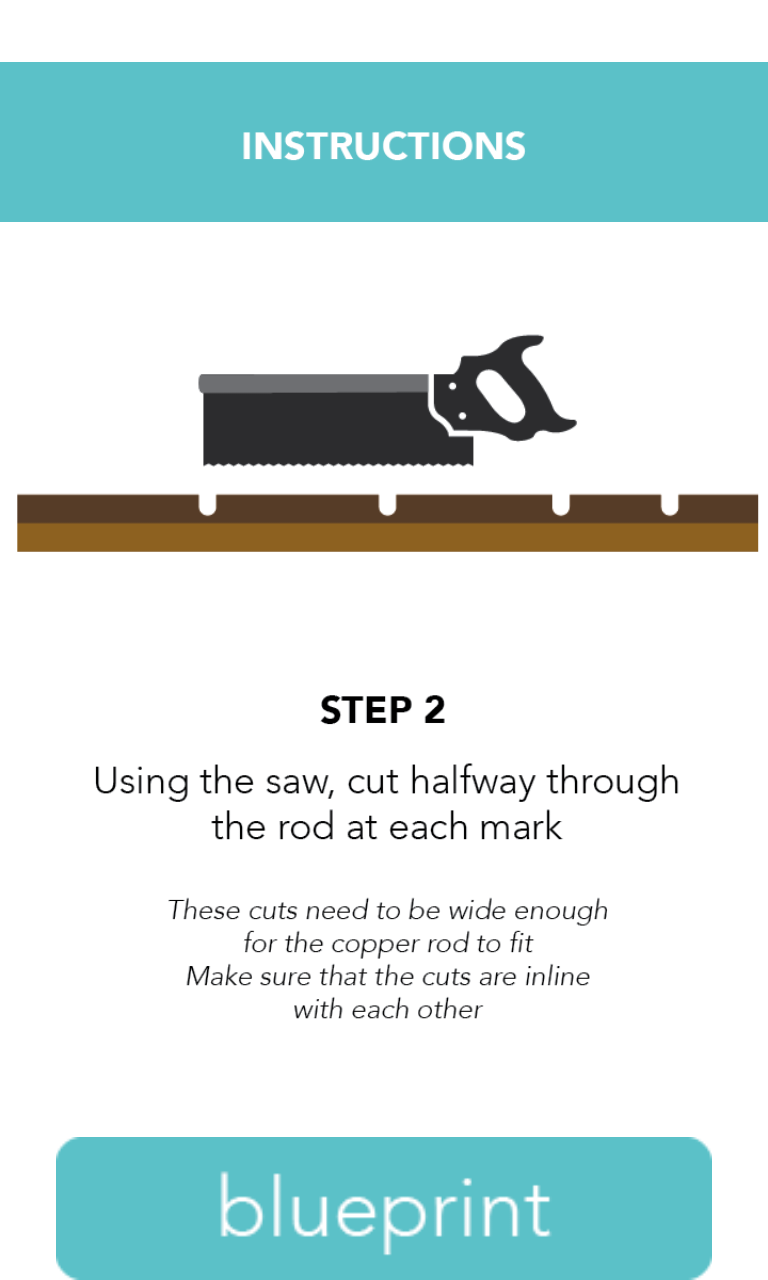
Repository: sbobhate/Android-Applications
Layout: EWBProject/res/layout/fragment_page3.xml
The author's editor kept a copy of each file at every save. The layout is drawn from the files as they stood at one save, then again after the next save.
It is drawn on a 768 x 1280 px phone screen (xhdpi) without system bars, with theme AppTheme; the app's code is not run.

Above is the layout before, as saved 2014-02-21 06:10:49.

### EWBProject/res/layout/fragment_page3.xml
<?xml version="1.0" encoding="utf-8"?>
<LinearLayout xmlns:android="http://schemas.android.com/apk/res/android"
    android:layout_width="match_parent"
    android:layout_height="match_parent"
    android:orientation="vertical" >

    <ImageView
        android:id="@+id/instructions"
        android:src="@drawable/instructions"
        android:contentDescription="@string/instructions"
        android:layout_width="fill_parent"
        android:layout_height="0dp"
       	android:layout_weight="2"
        />

    <ImageView
        android:id="@+id/step2"
        android:src="@drawable/step2"
        android:contentDescription="@string/step2"
        android:layout_width="fill_parent"
        android:layout_height="0dp"
       	android:layout_weight="2"
        />

    <ImageView
        android:id="@+id/step2Tutorial"
        android:src="@drawable/step2tutorial"
        android:contentDescription="@string/step2_tutorial"
        android:layout_width="fill_parent"
        android:layout_height="0dp"
       	android:layout_weight="4"
        />

    <ImageView
        android:id="@+id/bluePrint"
        android:src="@drawable/blueprint"
        android:contentDescription="@string/blueprint"
        android:layout_width="fill_parent"
        android:layout_height="0dp"
       	android:layout_weight="1"
        />

</LinearLayout>

### EWBProject/res/values/strings.xml
<?xml version="1.0" encoding="utf-8"?>
<resources>

    <string name="app_name">EWB Project</string>
    <string name="action_settings">Settings</string>
    <string name="hello_world">Hello world!</string>
    <string name="home_header">Home Header</string>
    <string name="instructions">Instructions</string>
    <string name="reader">Reader</string>
    <string name="home_footer">Footer</string>
    <string name="title_activity_about_us">About Us</string>
    <string name="title_activity_instructions">Instructions</string>
    <string name="materials">Materials</string>
    <string name="hello_blank_fragment">Hello blank fragment</string>
    <string name="step1">Step 1</string>
    <string name="step2">Step 2</string>
    <string name="step3">Step 3</string>
    <string name="step4">Step 4</string>
    <string name="step1_tutorial">Step 1 Tutorial</string>
    <string name="step2_tutorial">Step 2 Tutorial</string>
    <string name="blueprint">Blueprint</string>

</resources>

Loaded but not shown: EWBProject/res/values/styles.xml (common file); EWBProject/res/values-v11/styles.xml (common file); EWBProject/res/values-v14/styles.xml (common file)

After the next save:
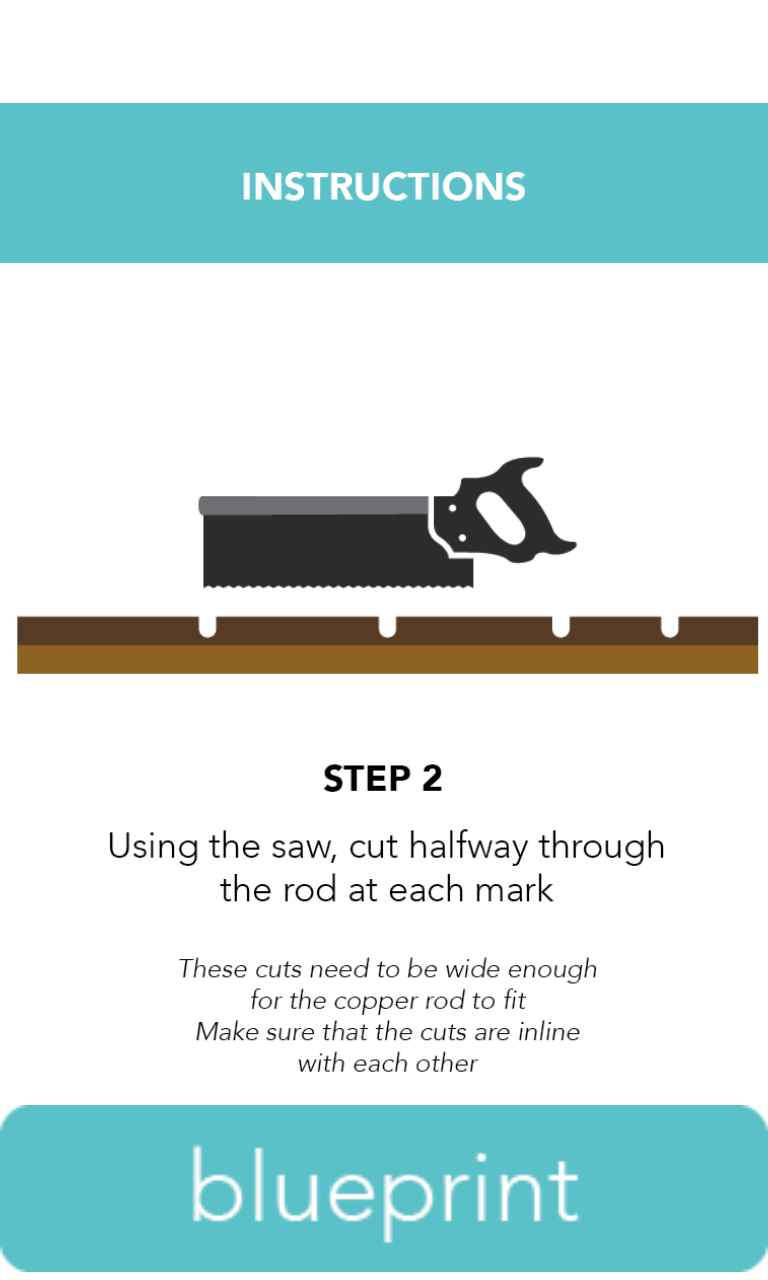
Saved 11 s later.
--- a/EWBProject/res/layout/fragment_page3.xml
+++ b/EWBProject/res/layout/fragment_page3.xml
@@ -28,7 +28,7 @@
         android:contentDescription="@string/step2_tutorial"
         android:layout_width="fill_parent"
         android:layout_height="0dp"
-       	android:layout_weight="4"
+       	android:layout_weight="2"
         />
 
     <ImageView
